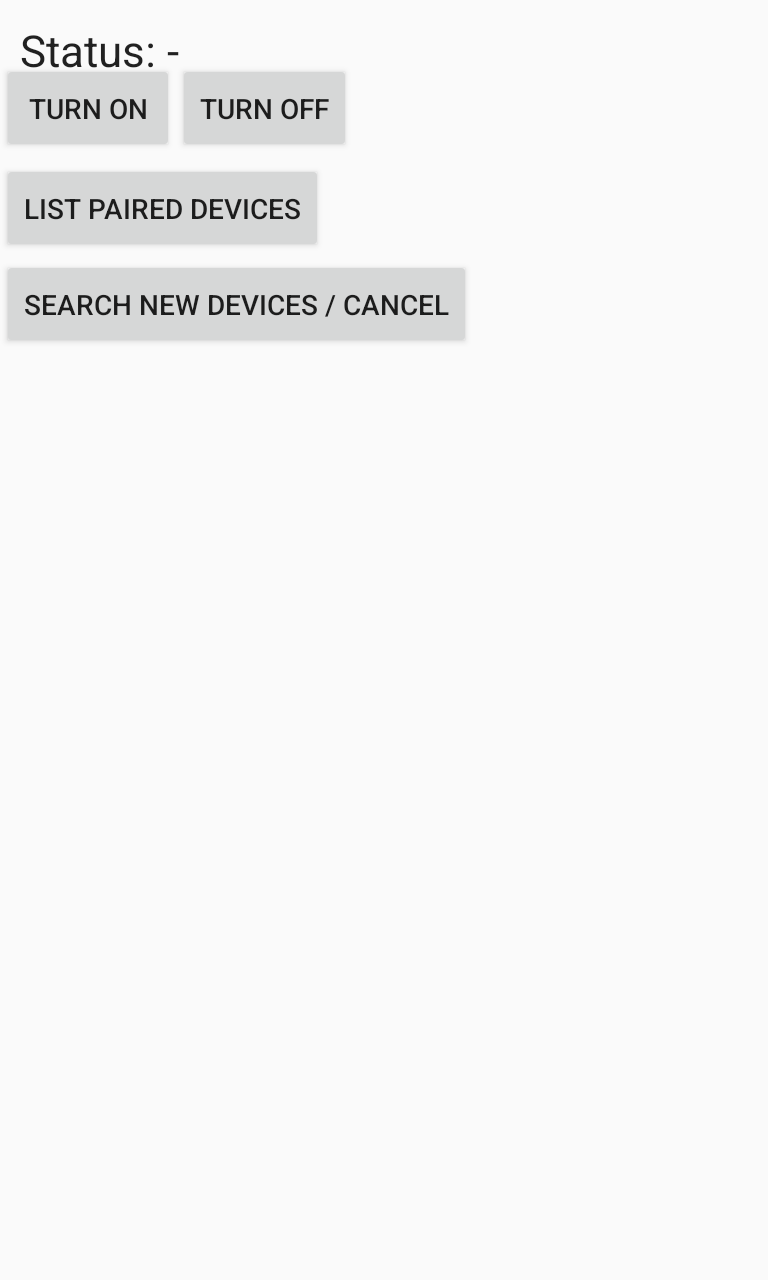
Repository: maayanGitHub/dont4getme
Layout: Dont4getMe/res/layout/activity_main.xml
An editor plug-in stored every save of this project. The layout is shown before and after the next save, followed by the edit.
It is drawn on a 768 x 1280 px phone screen (xhdpi) without system bars, with theme AppTheme; the app's code is not run. Lists and similar views that code fills are empty.

Above is the layout before, as saved 2014-03-19 11:17:45.

After the next save:
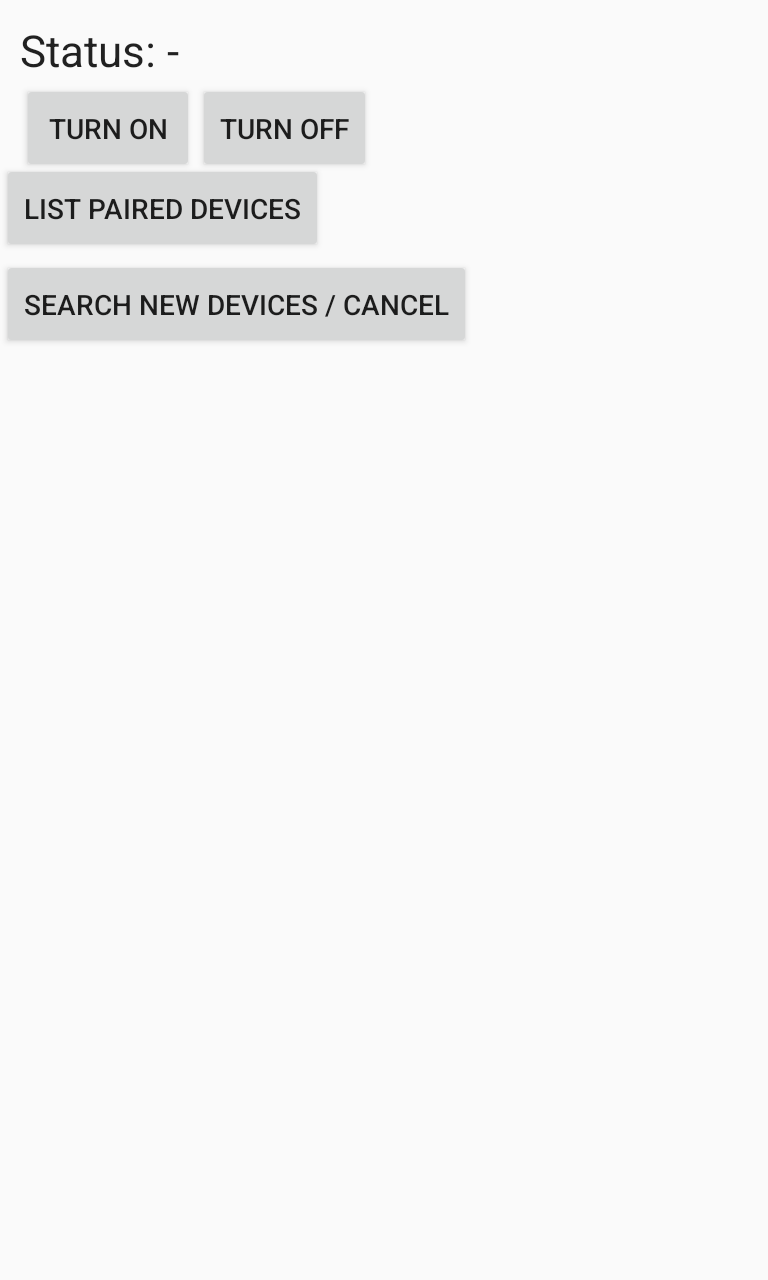
Saved 12 s later.
--- a/Dont4getMe/res/layout/activity_main.xml
+++ b/Dont4getMe/res/layout/activity_main.xml
@@ -16,7 +16,8 @@
       android:layout_width="match_parent"
       android:layout_height="wrap_content"
       android:orientation="horizontal"
-      android:layout_marginTop="30dp" >
+      android:layout_marginTop="30dp"
+       android:padding="10dip" >
 
    <Button
       android:id="@+id/turnOn"
